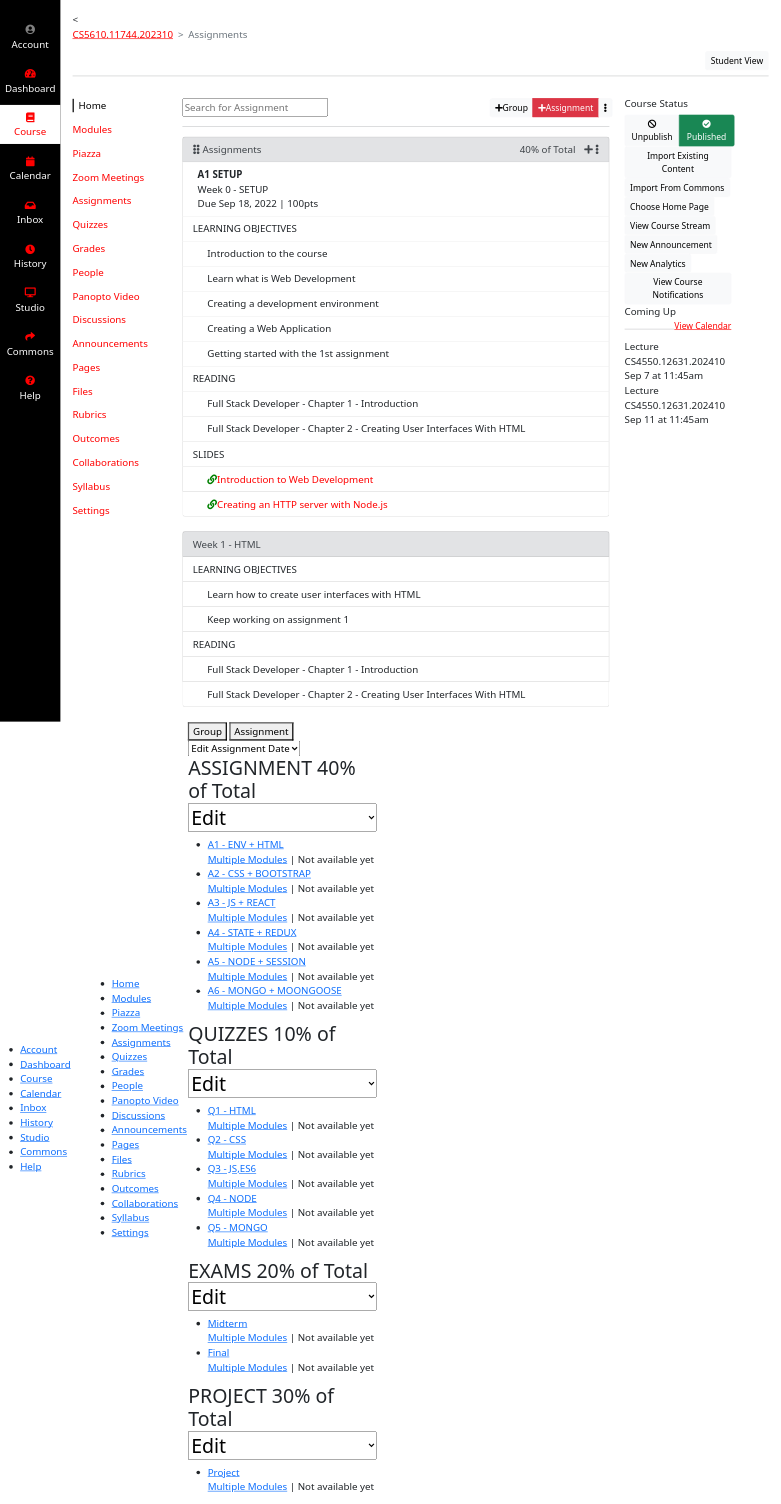
Repository: yuqiant/kanbas-react-web-app
Page: public/kanbas/assignment/index.html
An editor plug-in stored every save of this project. The page is shown before and after the next save, followed by the edit.
The browser window is 1280 px wide. The pictures show the whole page, at 61% of full size.

Above is the page before, as saved 2023-10-04 23:44:09.

After the next save:
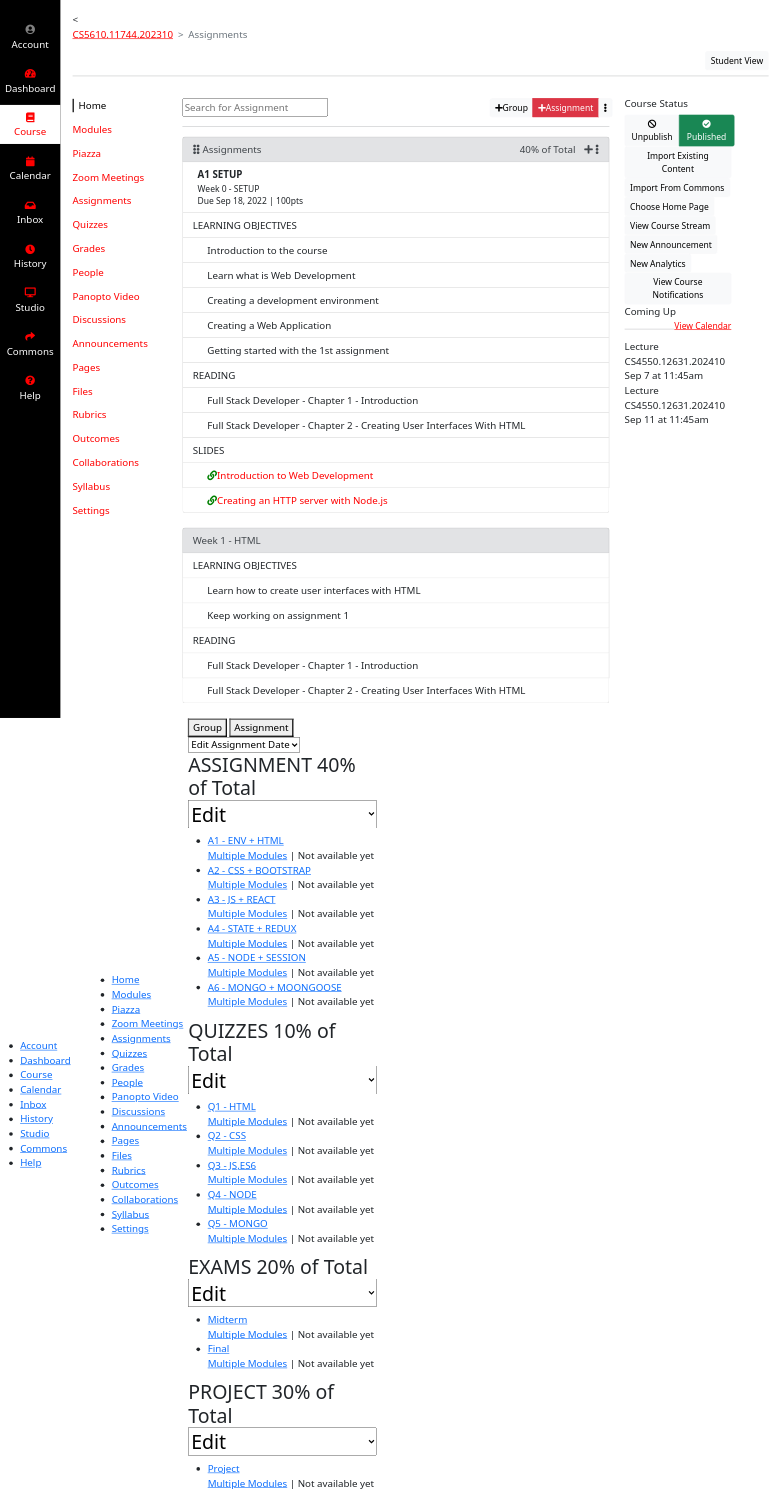
Saved 2 min 1 s later.
--- a/public/kanbas/assignment/index.html
+++ b/public/kanbas/assignment/index.html
@@ -112,8 +112,8 @@
 
                             <div class="ms-2 me-auto">
                                 <div class="fw-bold">A1 SETUP</div>
-                                <div>Week 0 - SETUP<br /></div>
-                                Due Sep 18, 2022 | 100pts
+                                <div style="font-size: 14px;">Week 0 - SETUP<br />
+                                    Due Sep 18, 2022 | 100pts</div>
                             </div>
                         </li>
 
